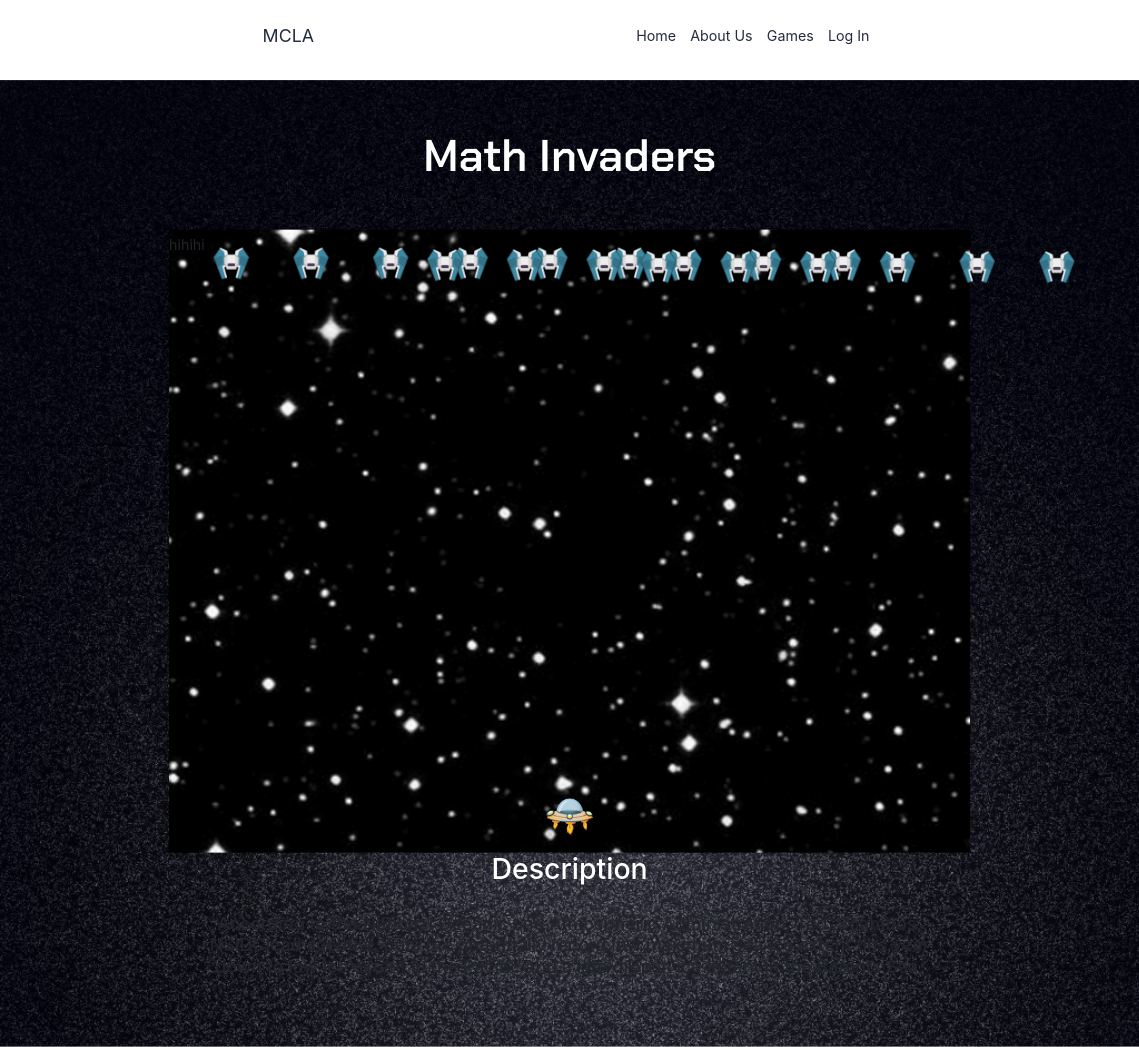
Repository: kkyler24/MathInvader
Page: index.html
An editor plug-in stored every save of this project. The page is shown before and after the next save, followed by the edit.
The browser window is 1280 px wide. The pictures show the whole page, at 89% of full size.
Some web libraries are served in a nearby version.

Above is the page before, as saved 2020-07-20 15:21:25.

After the next save:
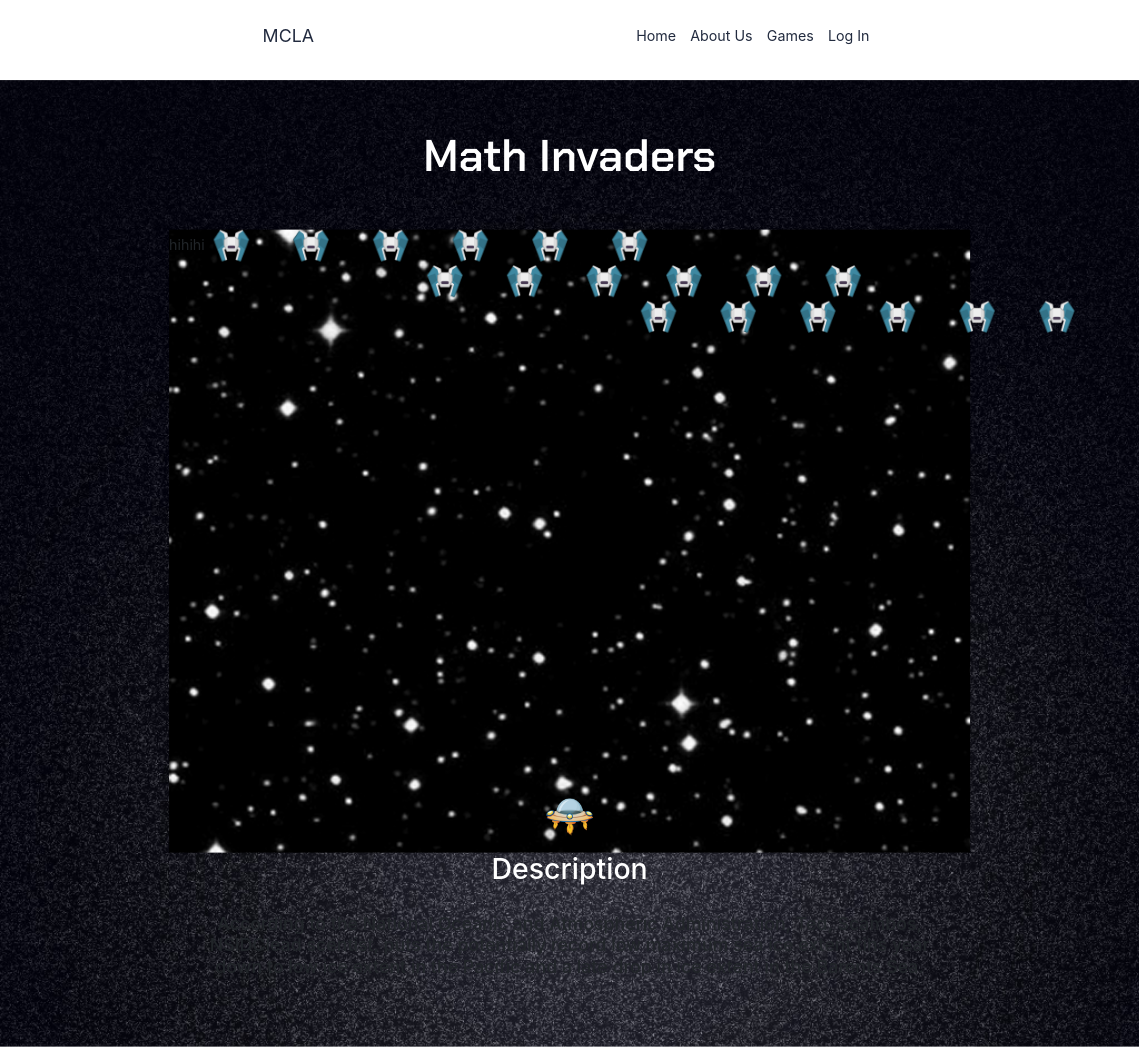
Saved 29 s later.
--- a/jsFolder/game.js
+++ b/jsFolder/game.js
@@ -282,7 +282,7 @@ function init() {
   const enemySpacing =
     (GAME_WIDTH - ENEMY_HORIZONTAL_PADDING * 50) / ENEMIES_PER_ROW - 0.5;
   for (let j = 0; j < 3; j++) {
-    const y = ENEMY_VERTICAL_PADDING + j * 2;
+    const y = 0 + j * ENEMY_VERTICAL_SPACING;
     for (let i = 0; i < ENEMIES_PER_ROW; i++) {
       const x = i * enemySpacing + ENEMY_HORIZONTAL_PADDING;
       createEnemy($container, x, y);
